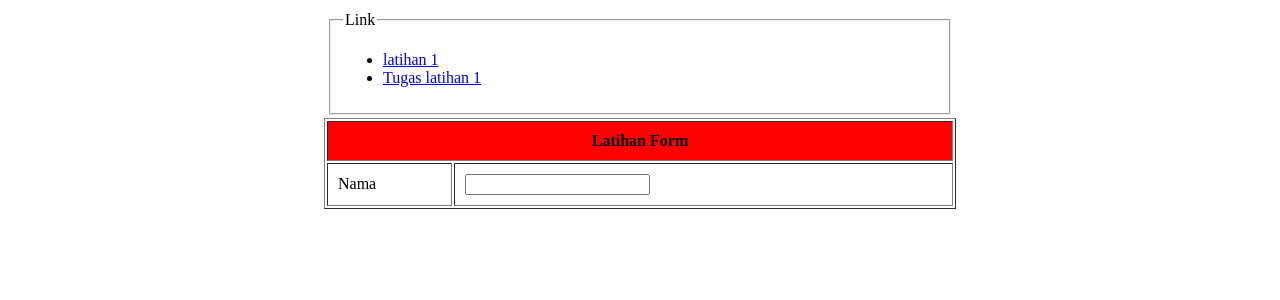
Repository: AHSANS354/tugas-sib5
Page: latihanform.html
These files come from the project's save history. The page is drawn as it stood at one moment and after the next save; the edit follows.
The browser window is 1280 px wide. The pictures show the whole page.

Above is the page before, as saved 2023-08-21 11:30:04.

After the next save:
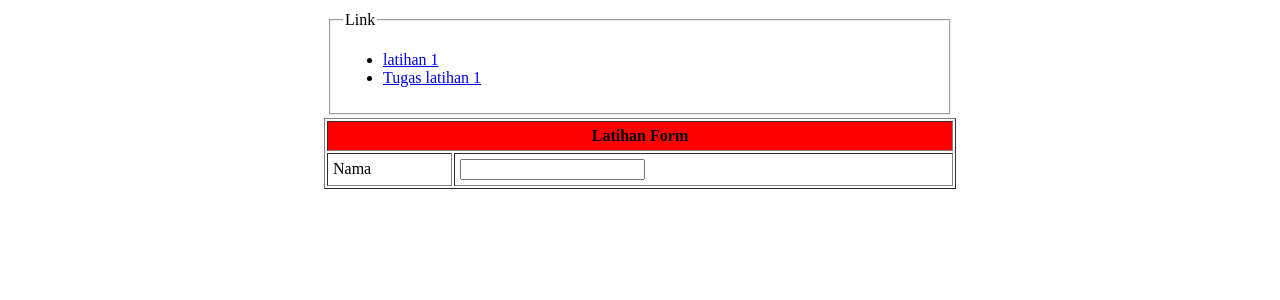
Saved 13 s later.
--- a/latihanform.html
+++ b/latihanform.html
@@ -24,7 +24,7 @@
       </tr>
     </table>
 
-    <table border="1" width="50%" align="center" cellpadding="10">
+    <table border="1" width="50%" align="center" cellpadding="5">
       <tr>
         <th colspan="2" bgcolor="red">Latihan Form</th>
       </tr>

After the save that followed:
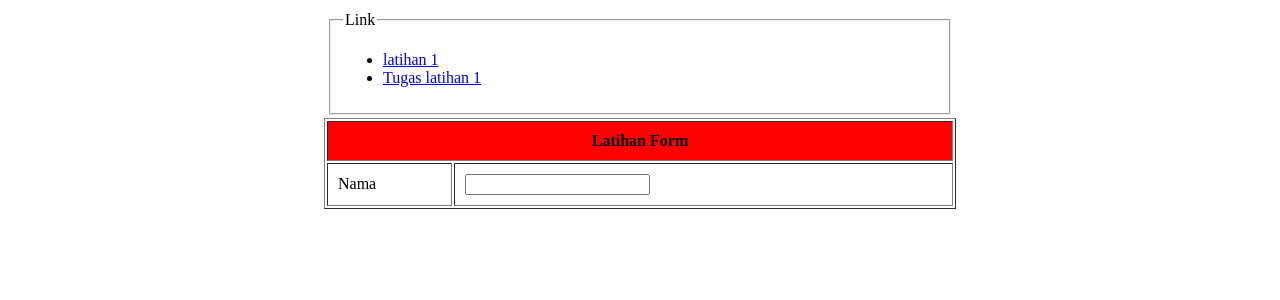
Saved 7 s later.
--- a/latihanform.html
+++ b/latihanform.html
@@ -24,7 +24,7 @@
       </tr>
     </table>
 
-    <table border="1" width="50%" align="center" cellpadding="5">
+    <table border="1" width="50%" align="center" cellpadding="10">
       <tr>
         <th colspan="2" bgcolor="red">Latihan Form</th>
       </tr>
